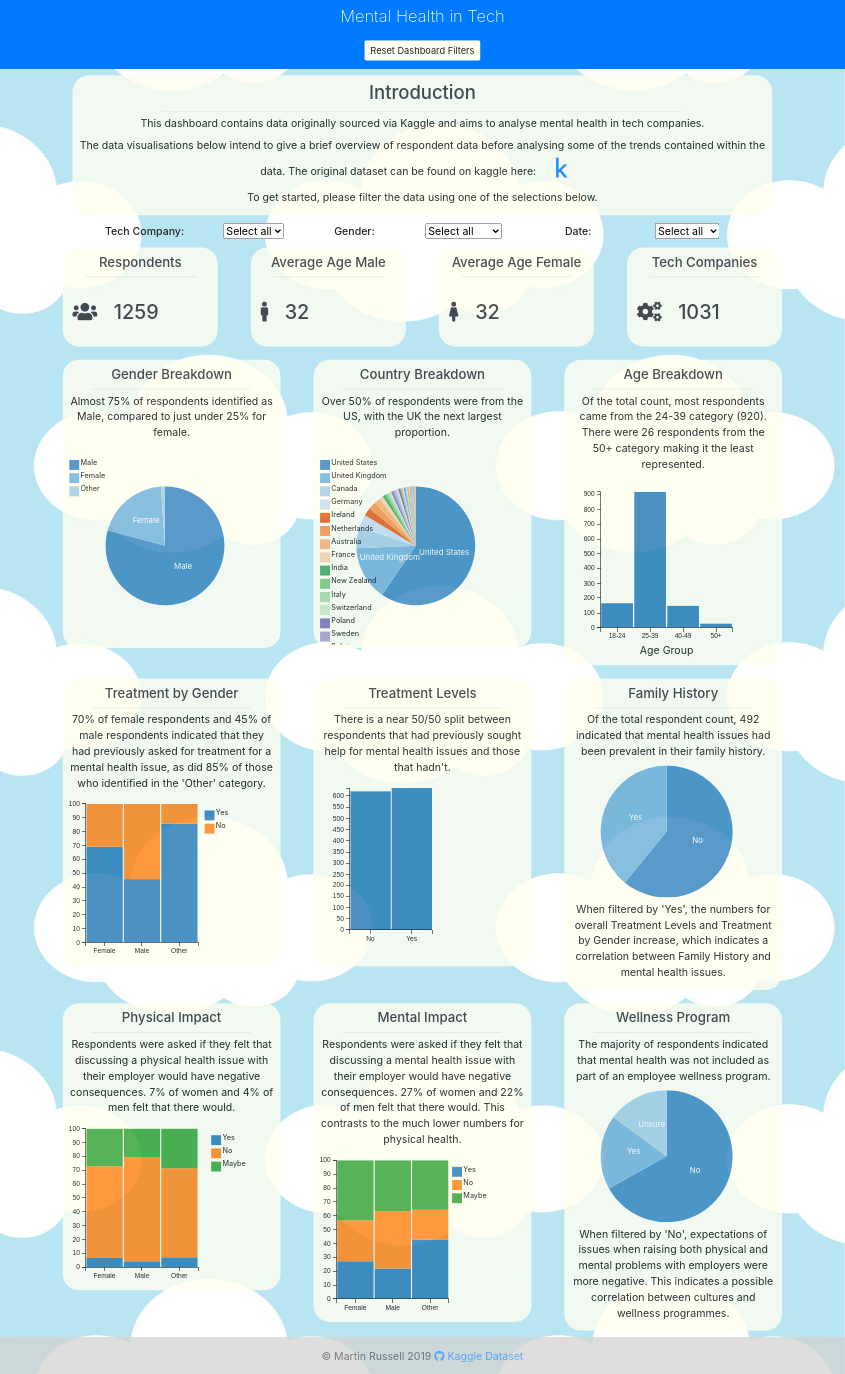
Repository: martingr1/mhdashboard
Page: index.html
The author's editor kept a record of every edit. The page is drawn from the files as they stood at one moment, then again after the next edit.
The browser window is 1280 px wide. The pictures show the whole page, at 66% of full size.
Some web libraries are served in a nearby version.

Above is the page before.

### index.html
<html>

<head>

    <meta charset="UTF-8">
    <meta name="viewport" content="width=device-width, initial-scale=1.0">
    <meta http-equiv="X-UA-Compatible" content="ie=edge">
    <title>Mental Health in Tech</title>

    <link rel="stylesheet" href="https://stackpath.bootstrapcdn.com/bootstrap/4.3.1/css/bootstrap.min.css" integrity="sha384-ggOyR0iXCbMQv3Xipma34MD+dH/1fQ784/j6cY/iJTQUOhcWr7x9JvoRxT2MZw1T" crossorigin="anonymous">
    <link rel="stylesheet" href="static/css/dc.min.css" type="text/css" />
    <link href="https://cdnjs.cloudflare.com/ajax/libs/font-awesome/5.9.0/css/all.css" rel="stylesheet">
    <link rel="stylesheet" href="static/css/style.css" type="text/css" />


    <script type="text/javascript" src="static/js/d3.min.js"></script>
    <script type="text/javascript" src="static/js/crossfilter.min.js"></script>
    <script type="text/javascript" src="static/js/dc.min.js"></script>
    <script type="text/javascript" src="static/js/queue.min.js"></script>
    <script type="text/javascript" src="static/js/graph.js"></script>

</head>

<body>

    <nav class="navbar-nav sticky-top navbar-dark bg-primary">
        <div class="container">
            <div class="col-xs-6 text-center">
                <h6 class="title">Mental Health in Tech</h6>
            </div>
            <div class="col-xs-6 text-center">
                <button id="reset_button" class="btn btn-sm btn-default">Reset Dashboard Filters</button>
            </div>
        </div>
        </div>
    </nav>

    <div class="container">
        <section class="container">
            <div class="col-xs-12">
                <div class="content-box">
                    <h3 class="header">Introduction</h3>

                        <hr class="line">
                        <p class="chart-text">This dashboard contains data originally sourced via Kaggle and aims to analyse mental health in tech companies.<br></p>
                        <p class="chart-text">The data visualisations below intend to give a brief overview of respondent data before analysing some of the trends contained within the data. The original dataset can be found on kaggle here: <a class="top-link" href="https://www.kaggle.com/osmi/mental-health-in-tech-survey"><i class="fab fa-kaggle"></i></a><br></p>
                        <p class="chart-text">To get started, please filter the data using one of the selections below.</p>
                    </div>
                    <div class="container">
                        <div class="row">
                            <div class="row col-xs-12 col-lg-4">
                                <h6 class="header">Tech Company:</h6>
                                <span class="filter" id="select_company"></span>
                            </div>
                            <div class="row col-xs-12 col-lg-4">
                                <h6 class="header">Gender:</h6>
                                <span class="filter" id="select_gender"></span>
                            </div>
                            <div class="row col-xs-12 col-lg-4">
                                <h6 class="header">Date:</h6>
                                <span class="filter" id="select_date"></span>
                            </div>
                        </div>
                    </div>
                </div>
            </div>
        </section>

        <section class="container">
            <div class="row">
                <div class="col-xs-12 col-md-3">
                    <div class="content-box">
                        <h5 class="header">Respondents</h5>
                        <hr class="line">
                        <div class="row number-display">
                            <div id="respondents_display"><i class="fas fa-users"></i></div>
                        </div>
                    </div>
                </div>
                <div class="col-xs-12 col-md-3">
                    <div class="content-box">
                        <h5 class="header">Average Age Male</h5>
                        <hr class="line">
                        <div class="row number-display">
                            <div id="average_age_male"><i class="fas fa-male"></i></div>
                        </div>
                    </div>
                </div>
                <div class="col-xs-12 col-md-3">
                    <div class="content-box">
                        <h5 class="header">Average Age Female</h5>
                        <hr class="line">
                        <div class="row number-display">
                            <div id="average_age_gender"><i class="fas fa-female"></i></div>
                        </div>
                    </div>
                </div>

                <div class="col-xs-12 col-md-3">
                    <div class="content-box">
                        <h5 class="header">Tech Companies</h5>
                        <hr class="line">
                        <div class="row number-display">
                            <div id="tech_display"><i class="fas fa-cogs"></i></div>
                        </div>
                    </div>
                </div>
            </div>
        </section>

        <section class="container">
            <div class="row">
                <div class="col-xs-12 col-sm-12 col-lg-4">
                    <div class="content-box">
                        <h5 class="header">Gender Breakdown</h5>
                        <hr class="line">
                        <p class="chart-text">Almost 75% of respondents identified as Male, compared to just under 25% for female.</p>
                        <div class="row chart">
                            <div id="gender_breakdown"></div>
                        </div>
                    </div>
                </div>

                <div class="col-xs-12 col-sm-12 col-lg-4">
                    <div class="content-box">
                        <h5 class="header">Country Breakdown</h5>
                        <hr class="line">
                        <p class="chart-text">Over 50% of respondents were from the US, with the UK the next largest proportion.</p>
                        <div class="row chart">
                            <div id="country_breakdown"></div>
                        </div>
                    </div>
                </div>

                <div class="col-xs-12 col-sm-12 col-lg-4">
                    <div class="content-box">
                        <h5 class="header">Age Breakdown</h5>
                        <hr class="line">
                        <p class="chart-text">Of the total count, most respondents came from the 24-39 category (920).<br> There were 26 respondents from the 50+ category making it the least represented.</p>
                        <div class="row chart">
                            <div id="age_breakdown"></div>
                        </div>
                    </div>
                </div>
            </div>
        </section>


        <section class="container">
            <div class="row">
                <div class="col-xs-12 col-sm-12 col-lg-4">
                    <div class="content-box">

                        <h5 class="header">Treatment by Gender</h5>

                        <hr class="line">
                        <p class="chart-text">70% of female respondents and 45% of male respondents indicated that they had previously asked for treatment for a mental health issue, as did 85% of those who identified in the 'Other' category. </p>
                        <div class="row chart">
                            <div id="treatment_by_gender"></div>
                        </div>
                    </div>
                </div>
                <div class="col-xs-12 col-sm-12 col-lg-4">
                    <div class="content-box">

                        <h5 class="header">Treatment Levels</h5>

                        <hr class="line">
                        <p class="chart-text">There is a near 50/50 split between respondents that had previously sought help for mental health issues and those that hadn't.</p>
                        <div class="row chart">
                            <div id="treatment_chart"></div>
                        </div>
                    </div>
                </div>
                <div class="col-xs-12 col-sm-12 col-lg-4">
                    <div class="content-box">
                        <h5 class="header">Family History</h5>
                        <hr class="line">
                        <p class="chart-text">Of the total respondent count, 492 indicated that mental health issues had been prevalent in their family history.</p>
                        <div class="row chart">
                            <div id="family_history"></div>
                        </div>
                        <p class="chart-text">When filtered by 'Yes', the numbers for overall Treatment Levels and Treatment by Gender increase, which indicates a correlation between Family History and mental health issues.</p>
                    </div>
                </div>
            </div>
        </section>

        <section class="container">
            <div class="row">
                <div class="col-xs-12 col-sm-12 col-lg-4">
                    <div class="content-box">

                        <h5 class="header">Physical Impact</h5>

                        <hr class="line">
                        <p class="chart-text">Respondents were asked if they felt that discussing a physical health issue with their employer would have negative consequences. 7% of women and 4% of men felt that there would.</p>
                        <div class="row chart">
                            <div id="physical_impact"></div>
                        </div>
                    </div>
                </div>

                <div class="col-xs-12 col-sm-12 col-lg-4">
                    <div class="content-box">

                        <h5 class="header">Mental Impact</h5>
                        <hr class="line">
                        <p class="chart-text">Respondents were asked if they felt that discussing a mental health issue with their employer would have negative consequences. 27% of women and 22% of men felt that there would. This contrasts to the much lower numbers for physical
                            health.
                        </p>
                        <div class="row chart">
                            <div id="mental_impact"></div>
                        </div>
                    </div>
                </div>

                <div class="col-xs-12 col-sm-12 col-lg-4">
                    <div class="content-box">
                        <h5 class="header">Wellness Program</h5>
                        <hr class="line">
                        <div>
                            <p class="chart-text">The majority of respondents indicated that mental health was not included as part of an employee wellness program.</p>
                        </div>
                        <div class="row chart">
                            <div id="wellness_chart"></div>
                        </div>
                        <p class="chart-text">When filtered by 'No', expectations of issues when raising both physical and mental problems with employers were more negative. This indicates a possible correlation between cultures and wellness programmes.</p>
                    </div>
                </div>
            </div>
        </section>
    </div>
    <script src="https://code.jquery.com/jquery-3.2.1.min.js" integrity="sha256-hwg4gsxgFZhOsEEamdOYGBf13FyQuiTwlAQgxVSNgt4=" crossorigin="anonymous"></script>
    <script type="text/javascript" src="static/js/scripts.js"></script>

    <footer class="page-footer container-fluid">
        <div class="container-fluid">
            <div class="page-footer text-center py-3">© Martin Russell 2019
                <a href="https://github.com/martingr1/" target="_blank"><i class= "fab fa-github"></i></a>
                <a href="https://www.kaggle.com/osmi/mental-health-in-tech-survey" target="_blank"> Kaggle Dataset</a>
            </div>
    </footer>
    </div>
</body>

</html>

### static/css/style.css
body {
	background-image: url("../images/clouds_background.png");
}

.btn {
	background-color: #FFFFF0;
	margin: 12.5px;
}

.title {
	color: #FFFFF0;
	font-size: 25px;
	font-weight: 200;
	margin-top: 10px;
}

.filter {
	padding-top: 2.5px;
}

.header {
	margin: auto;
	text-align: center;
	padding: 5px;
}

.chart-text {
	font-size: medium;
	color: black;
	margin: 5px 5px 10px 5px;
}

.line {
	margin: 5px auto 5px;
	color: #ffffff;
	width: 75%;
}

.content-box {
	box-sizing: border-box;
	border-radius: 25px;
	background-color: #FFFFF0;
	opacity: 0.8;
	text-align: center;
	margin: 10px;
	padding: 5px;
}

.top-link {

	font-size: 30px;
	padding: 25px;

}

.number-display {
	text-align: center;
	font-size: 30px;
	font-weight: 500;
	padding: 25px;

}

.page-footer {
	background-color: #D3D3D3;
	width: 100%;
	opacity: 0.75;
}

.chart {
	margin: auto;
}

### static/js/scripts.js
$('#reset_button').click(function() {
    dc.filterAll();
    dc.renderAll();
});

Loaded but not shown: static/css/dc.min.css (library); static/js/d3.min.js (library); static/js/crossfilter.min.js (library); static/js/dc.min.js (library); static/js/queue.min.js (common file); static/js/graph.js (410 lines, source omitted)

After the next edit:
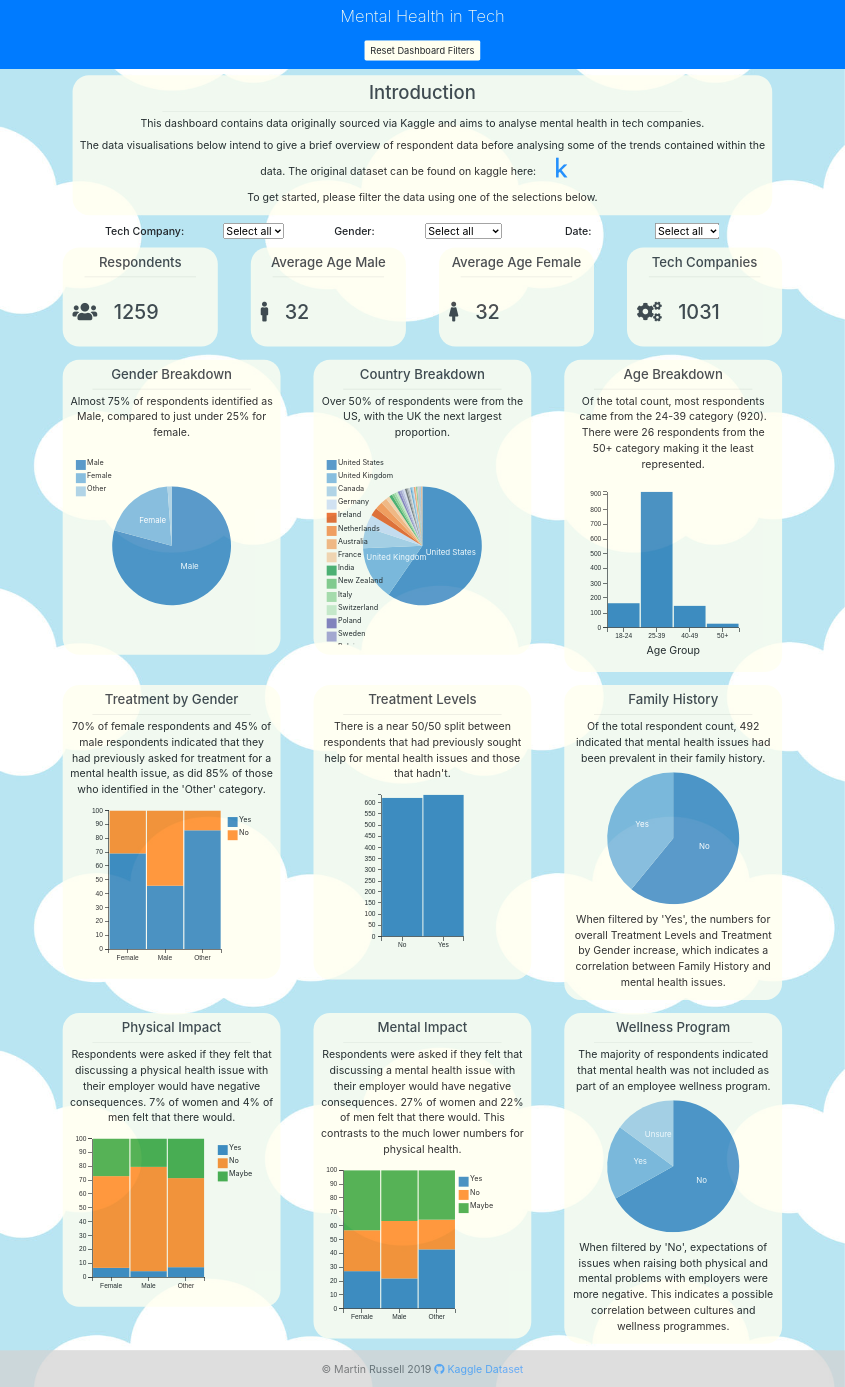
The edit:
--- a/static/css/style.css
+++ b/static/css/style.css
@@ -68,5 +68,6 @@
 }
 
 .chart {
-	margin: auto;
+	margin: 10px;
+	justify-content: center;
 }
